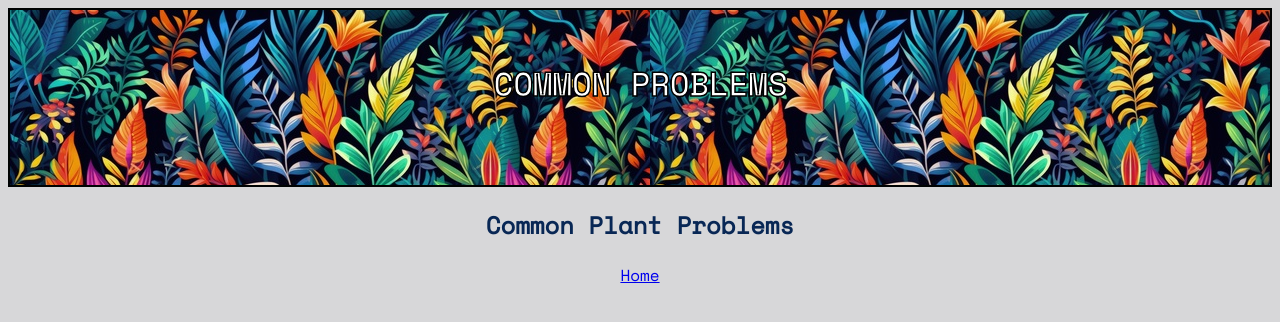
Repository: swillis91/odin-recipies
Page: Planty Page/problems.html
These files come from the project's save history. The page is drawn as it stood at one moment and after the next save; the edit follows.
The browser window is 1280 px wide. The pictures show the whole page.

Above is the page before, as saved 2023-08-14 23:19:31.

### Planty Page/problems.html
<!DOCTYPE html>
    <html>
        <head>
            <title>Planty Page- Home</title>
            <link href="style.css" rel="stylesheet"
            <link rel="preconnect" href="https://fonts.googleapis.com">
            <link rel="preconnect" href="https://fonts.gstatic.com" crossorigin>
            <link href="https://fonts.googleapis.com/css2?family=Permanent+Marker&family=Space+Mono&display=swap" rel="stylesheet">
        </head>
        <body>
            <h1 class="heading">COMMON PROBLEMS</h1>
            <h2>Common Plant Problems</h2>
            <div class="navigation">
                <a href="./index.html">Home</a>
            </div>
        </body>
    </html>

### Planty Page/style.css
body{
    background-color: rgb(215, 215, 217);
    color:rgb(8, 39, 85);
    text-align: center;
    font-family: 'Permanent Marker', cursive;
    font-family: 'Space Mono', monospace;
}

.heading{
    color: rgb(0, 0, 0);
    -webkit-text-fill-color: rgb(255, 255, 255);
    -webkit-text-stroke-width: 1.5px;
    -webkit-text-stroke-color: rgb(0, 0, 0);
    text-transform: capitalize;
    border: 2px solid rgb(0, 3, 3);
    background-image: url('Images/banner.jpg');
    height: 75px;
    margin: 0 auto;
    padding:50px 20px;

}

div.box{
    border:2px solid black;
    display: flex;
    margin-left: auto;
    flex-direction:column;
    align-content: center;
}

#calathea-makoyana{
    width: 500px;
    Height: auto:
}

.navigation{
    color:rgb(1, 75, 56);
    text-decoration: none;
}

a:hover{
    color: rgb(20, 220, 2);
    background-color: rgb(5, 55, 1);
}

After the next save:
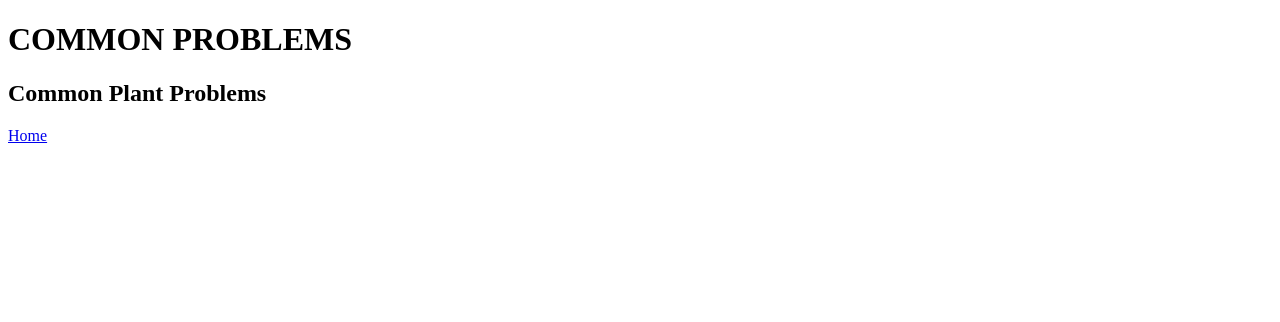
Saved 40 s later.
--- a/Planty Page/problems.html
+++ b/Planty Page/problems.html
@@ -2,10 +2,6 @@
     <html>
         <head>
             <title>Planty Page- Home</title>
-            <link href="style.css" rel="stylesheet"
-            <link rel="preconnect" href="https://fonts.googleapis.com">
-            <link rel="preconnect" href="https://fonts.gstatic.com" crossorigin>
-            <link href="https://fonts.googleapis.com/css2?family=Permanent+Marker&family=Space+Mono&display=swap" rel="stylesheet">
         </head>
         <body>
             <h1 class="heading">COMMON PROBLEMS</h1>
